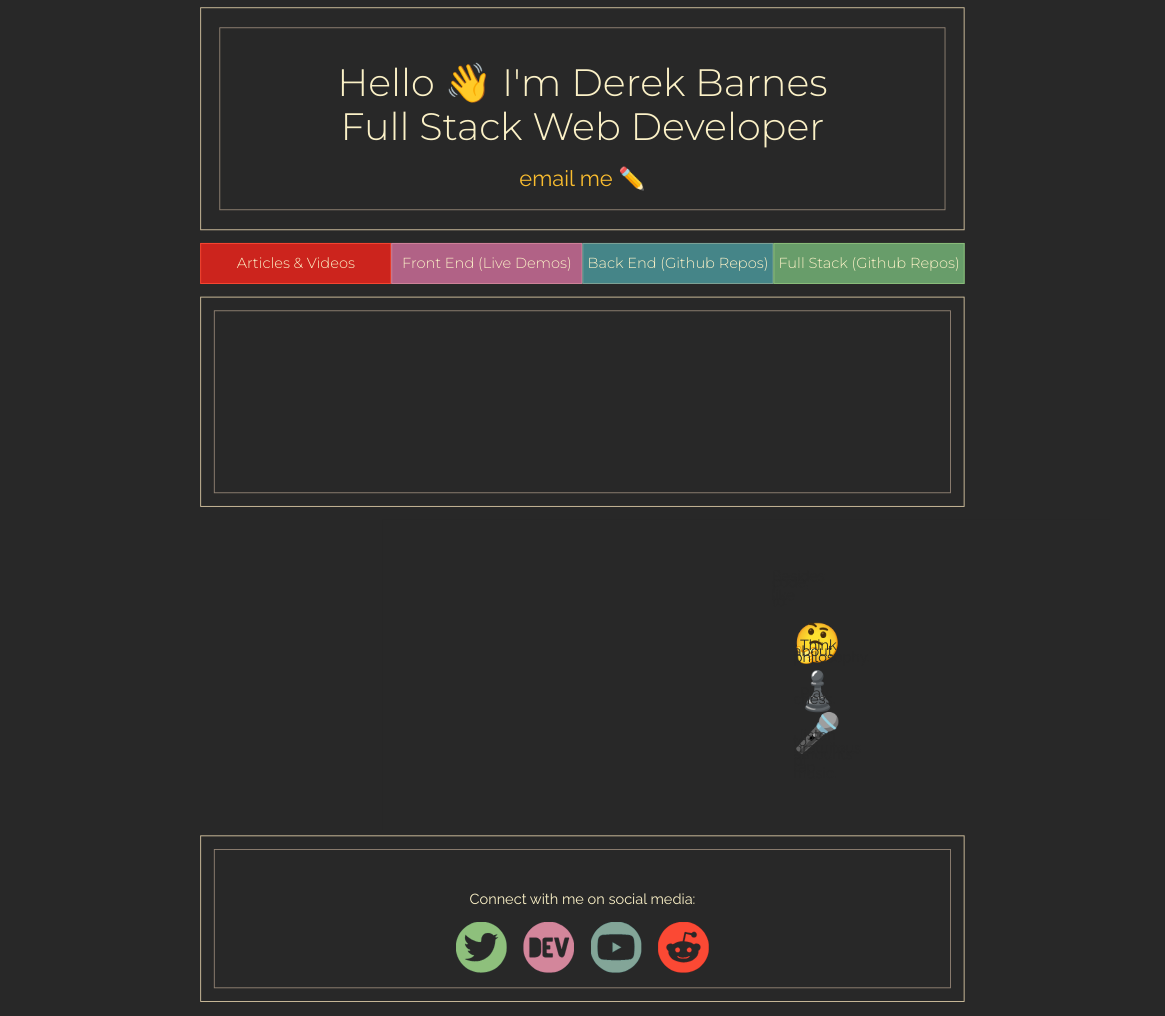
Repository: dsbarnes/groovy-blog
Page: index.html
These files come from the project's save history. The page is drawn as it stood at one moment and after the next save; the edit follows.
The browser window is 1280 px wide. The pictures show the whole page, at 91% of full size.
After loading, the first visible `#articles` was clicked once.
The style sheet was rebuilt from its Sass, Less or Tailwind sources for each picture, by a compiler version that may differ from the author's.

Above is the page before, as saved 2020-05-09 21:26:02.

### index.html
<!DOCTYPE html>
<html lang="en">

<head>
    <meta charset="UTF-8">
    <meta name="viewport" content="width=device-width, initial-scale=1.0">
    <link href="https://fonts.googleapis.com/css2?family=Montserrat:wght@300&display=swap" rel="stylesheet">
    <link href="https://fonts.googleapis.com/css2?family=Raleway&display=swap" rel="stylesheet">

    <title>D.S. Barnes</title>

    <link rel="stylesheet" href="./CSS/style.css">
</head>

<body>
    <div class="container">

        <div id='nameCard'>
            <div id="doubleBorder">
                <p>Hello 👋 I'm Derek Barnes</p>
                <p>Full Stack Web Developer</p>
                <br />
                <small><a href='mailto:derekb0147@gmail.com'>email me ✏️</a></small>
                <br />
            </div>
        </div>

        <div id='selections'>
            <p class='nav' data-color='red' id='articles'>Articles & Videos</p>
            <p class='nav' data-color='purple' id='frontend'>Front End (Live Demos)</p>
            <p class='nav' data-color='blue' id='backend'>Back End (Github Repos)</p>
            <p class='nav' data-color='aqua' id='fullstack'>Full Stack (Github Repos)</p>
        </div>

        <!-- <button id="toggle-button">Toggle collapse</button> -->

        <!-- Section one -->
        <div class="content">
            <div class='double-border'>
                <div id='about-section-text'>
                    <p>As a full stack developer, I don't just write code.</p>
                    <p>I focus on team dynamics, agile work practices, and communications.</p>
                    <br />
                    <p>I can build APIs and maintain databases.</p>
                    <p>Equally, often more importantly, I listen to and understand consumer needs.</p>
                    <br />
                    <p>I specialize in clean, unobtrusive interfaces,</p>
                    <p>using modern technology,</p>
                    <p>to communicate clearly and solve real world problems.</p>
                </div>

                <div id='articles-section-text'></div>
                <div id='frontend-section-text'></div>
                <div id='backend-section-text'></div>
                <div id='fullstack-section-text'></div>

            </div>
        </div>


        <!-- Section two -->
        <div class="hobbies collapsible">
            <div class='double-border collapsible'>

                <p>Besides code, I like to:</p>
                <br />

                <p class='xpad'>
                    <span class='bigEmoji'>🤔</span>
                    <span class='emojiText'>Think about philosophy.</span>
                </p>

                <p class='xpad'>
                    <span class='bigEmoji'>♟️</span>
                    <span class='emojiText'>Play chess.</span>
                </p>

                <p class='xpad'>
                    <span class='bigEmoji'>🎤</span>
                    <span class='emojiText'>listen to gratuitous amounts of rap music.</span>
                </p>


            </div>
        </div>


        <!-- Section three -->
        <div class="social-media">
            <div class="double-border">

                <p>Connect with me on social media:</p>

                <div id='media-icons'>
                    <img src='../SVG/twitterLogo.svg'><a href='#' id='twitter'></a></img>
                    <img src='../SVG/devLogo.svg'><a href='#' id="devto"></a></img>
                    <img src='../SVG/youtubeLogo.svg'><a href='#' id='youtube'></a></img>
                    <img src='../SVG/redditLogo.svg'><a href='#' id='reddit'></a></img>
                </div>

            </div>
        </div>

    </div><!-- container -->

    <script type=module src="index.js"></script>
</body>

</html>

### index.js
import articles from './components/articles.js'
import repos from './components/repos.js'

import articlesData from './siteData/articles.js'
import backendData from './siteData/backEnd.js'
import frontendData from './siteData/frontEnd.js'
import fullstackData from './siteData/fullStack.js'


document.querySelectorAll('.nav')
    .forEach(btn => btn.addEventListener('click', function () {
        console.log(this.dataset.color)

        const aboutText = document.getElementById('about-section-text')
        aboutText.style.display = 'none'

        // Add overflow: scroll
        document.querySelector('.content')
            .classList.add('collapsed')

        // Shrinks and fades out the middle box
        const doubleBorder =
            Array.from(document.querySelectorAll('.double-border'))

        doubleBorder[1].classList.add('collapsed')

        document.querySelector('.hobbies.collapsible')
            .classList.add('collapsed')

        document.querySelector('.social-media')
            .classList.add('collapsed')

    }))

// document.querySelector('#toggle-button')
// .addEventListener('click',
// function () {
//     // Remove the about me section:
//     const aboutText = document.getElementById('about-section-text')
//     aboutText.style.display = 'none'

//     // Add overflow: scroll
//     document.querySelector('.section-one')
//         .classList.toggle('collapsed')

//     // Shrinks and fades out the middle box
//     document.querySelector('.section-two.collapsible')
//         .classList.toggle('collapsed')

//     document.querySelector('.section-three')
//         .classList.toggle('collapsed')

//     // repopulate what was the about section
//     // it is now the section the user clicked
//     repos(backendData)
// });

### components/articles.js
function modules(arr) {
    console.log('modules works')
}

export default modules

### components/repos.js
function repos(arr) {

    const root = document.getElementById('articles-section-text')

    for (const element of arr) {

        const keys = Object.keys(element)

        const container = document.createElement('div')
        const title = document.createElement('h1')
        const repolink = document.createElement('p')
        const demolink = document.createElement('p')
        const description = document.createElement('p')

        title.innerHTML = element['Repo']
        container.appendChild(title)

        repolink.innerHTML = element['RepoLink']
        container.appendChild(repolink)

        demolink.innerHTML = element['DemoLink']
        container.appendChild(demolink)

        description.innerHTML = element['Description']
        container.appendChild(description)


        container.id = 'article'
        root.appendChild(container)

    }
}

export default repos

### siteData/articles.js
const articleData = [
    {
        "Title": "Article Project One",
        "Link": "blah.com",
        "Date": "date-posted",
        "Short": "fjdklsafjdlks;fajsdl;f"
    },
    {
        "Title": "Article Project Two",
        "Link": "blah.com",
        "Date": "date-posted",
        "Short": "fjdklsafjdlks;fajsdl;f"
    },
    {
        "Title": "Article Project Three",
        "Link": "blah.com",
        "Date": "date-posted",
        "Short": "fjdklsafjdlks;fajsdl;f"
    },
    {
        "Title": "Article Project Four",
        "Link": "blah.com",
        "Date": "date-posted",
        "Short": "fjdklsafjdlks;fajsdl;f"
    },
    {
        "Title": "Article Project Five",
        "Link": "blah.com",
        "Date": "date-posted",
        "Short": "fjdklsafjdlks;fajsdl;f"
    }
]

export default articleData

### siteData/backEnd.js
const backendData = [
    {
        "Repo": "Back End Project One",
        "RepoLink": "blah.com",
        "Description": "README.md"
    },
    {
        "Repo": "Back End Project Two",
        "RepoLink": "blah.com",
        "Description": "README.md"
    },
    {
        "Repo": "Back End Project Three",
        "RepoLink": "blah.com",
        "Description": "README.md"
    },
    {
        "Repo": "Back End Project Four",
        "RepoLink": "blah.com",
        "Description": "README.md"
    },
    {
        "Repo": "Back End Project Five",
        "RepoLink": "blah.com",
        "Description": "README.md"
    }
]

export default backendData

### siteData/frontEnd.js
const frontendData = [
    {
        "Repo": "Front End Project One",
        "RepoLink": "blah.com",
        "DemoLink": "demo link",
        "Description": "README.md"
    },
    {
        "Repo": "Front End Project Two",
        "RepoLink": "blah.com",
        "DemoLink": "demo link",
        "Description": "README.md"
    },
    {
        "Repo": "Front End Project Three",
        "RepoLink": "blah.com",
        "DemoLink": "demo link",
        "Description": "README.md"
    },
    {
        "Repo": "Front End Project Four",
        "RepoLink": "blah.com",
        "DemoLink": "demo link",
        "Description": "README.md"
    },
    {
        "Repo": "Front End Project Five",
        "RepoLink": "blah.com",
        "DemoLink": "demo link",
        "Description": "README.md"
    }
]

export default frontendData

### siteData/fullStack.js
const fullstackData = [
    {
        "Repo": "Full Stack Project One",
        "RepoLink": "blah.com",
        "Description": "README.md"
    },
    {
        "Repo": "Full Stack Project Two",
        "RepoLink": "blah.com",
        "Description": "README.md"
    },
    {
        "Repo": "Full Stack Project Three",
        "RepoLink": "blah.com",
        "Description": "README.md"
    },
    {
        "Repo": "Full Stack Project Four",
        "RepoLink": "blah.com",
        "Description": "README.md"
    },
    {
        "Repo": "Full Stack Project Five",
        "RepoLink": "blah.com",
        "Description": "README.md"
    }
]

export default fullstackData

### style.scss
// Main Container:
// Sizings - everything is a multiple of 14!!
$container-width: 840px;
$container-height: 1100px;
$outer-width: $container-width * .8;
$margin-pad-sizing: 14px;


// Gruvbox colors:
$background-color: #282828;
$background-alt-color: #3c3836;
$font-color: #fbf1c7;
$font-alt-color: #ebdbb2;
$outer-border: #d5c4a1;
$inner-border: #928374;
$red-color: #cc241d;
$light-red-color: #fb4934;
$green-color: #98971a;
$light-green-color: #b8bb26;
$yellow-color: #d79921;
$light-yellow-color: #fabd2f;
$blue-color: #458588;
$light-blue-color: #83a598;
$purple-color: #b16286;
$light-purple-color: #d3869b;
$aqua-color: #689d6a;
$light-aqua-color: #8ec07c;


// Font:
$title-font: 'Montserrat', sans-serif;
$body-font: 'Raleway', sans-serif;
$title-font-size: 42px;
$body-font-size: 16px;


//Mixins:
@mixin bg-border($bg-color, $border-color){
  background-color: $bg-color;
  border: 1px solid $border-color;
}
@mixin font-fam-size($fam, $size){
  font-family: $fam;
  font-size: $size;
}
@mixin sectionButton($bg-color, $border-color){
  @include bg-border($bg-color, $border-color);
  @include font-fam-size($title-font, $body-font-size);
  display: inline-block;
  margin: 0 auto;
  //That just looks best as 12, idk.
  padding: 12px 0px;
  text-align: center;
  width: (($container-width / 4));
}

// Keyframes:
@keyframes fade-in{
  from{color: white;}
  to{ color: black;}
}
#article{ animation: fade-in 3s forwards;}


// Overall styling:
* { box-sizing:border-box; }
body{ background-color: $background-color; color: $font-color }

//Everything visible is inside this container:
.container {
  display:flex;
  flex-direction:column;
  justify-content:flex-start;
  width: $container-width;
  margin: 0 auto;
  // we're required to set height explicitly
  height: $container-height;
}


// Name Card
#nameCard{
  border: 1px solid $outer-border;
  padding: $margin-pad-sizing/2;
  text-align: center;
  line-height: $margin-pad-sizing/2;

  small{ @include font-fam-size($body-font, $body-font-size*1.5); }
  a{ text-decoration: none; color: $light-yellow-color }

  #doubleBorder{
      @include bg-border($background-color, $inner-border);
      p{ @include font-fam-size($title-font, $title-font-size);}
      margin: $margin-pad-sizing auto;
      padding: $margin-pad-sizing;
      padding-bottom: $margin-pad-sizing*2;

      // 14px b/c of margin.
      // Why *3? Good question.
      width: ($container-width - 14px*3);
  }
}


// Nav 'buttons'
#selections{
  display: flex;
  justify-content: space-between;
  margin-top: $margin-pad-sizing;
}
#articles{ @include sectionButton($red-color, $light-red-color) }
#frontend{ @include sectionButton($purple-color, $light-purple-color) }
#backend{ @include sectionButton($blue-color, $light-blue-color) }
#fullstack{ @include sectionButton($aqua-color, $light-aqua-color) }

// General double border settings, different from
// name card b/c ...damnit
.double-border{
  border: 1px solid $inner-border;
  // Variables not working in calc()
  // will investigate.
  height: calc(100% - 28px); // $margin-pad-size*2
  width: calc(100% - 28px);  // $margin-pad-size*2
  margin: $margin-pad-sizing auto 0 auto;
  padding: $margin-pad-sizing*2;
}
.double-border.collapsed { border: 0px solid white; }


// This is the section that expands:
.content{
  @include bg-border($background-color, $outer-border);
  @include font-fam-size($body-font, $body-font-size);
  line-height: $margin-pad-sizing/2;
  margin: $margin-pad-sizing 0;
  flex: 3;
  // overflow: hidden;
}
.content.collapsed{
  // overflow: hidden;
  .double-border{ overflow: scroll; }
}


// This section dissapears:
.hobbies {
  // note that we're transitioning flex, not height!
  @include bg-border($background-color, $outer-border);
  @include font-fam-size($body-font, $body-font-size);
  line-height: $margin-pad-sizing/2;
  margin: $margin-pad-sizing/2 0;
  flex: 2;
  .bigEmoji{ font-size: $title-font-size; }
  .xpad{ padding-left: 24px; }
  .emojiText{
      position: relative;
      bottom: $margin-pad-sizing;
      padding-left: $margin-pad-sizing/2;
  }
  // overflow:hidden;
  transition:all 0.4s ease;
  transition-property: flex, border, margin, padding, color;
}
.hobbies.collapsed {
  border: 0px solid $background-color;
  color: $background-color;
  flex: 0;
  // Big numbers to squeze box inward
  // for transition
  margin: 0 200px;
  padding: 0 400px;
}


// This section never changes
.social-media{
  @include bg-border($background-color, $outer-border);
  @include font-fam-size($body-font, $body-font-size);
  text-align: center;
  margin: $margin-pad-sizing/2 0;
  flex: 2;
  transition: all 0.6s ease;
}
.section-three.collapsed{ flex: 1; }


// Social Media Icons:
#media-icons{
  width: $container-width / 2;
  margin: 0 auto;
  text-align: center;
  line-height: $margin-pad-sizing;
  img{ width: $margin-pad-sizing*4; margin: 0 $margin-pad-sizing/2; }
}

After the next save:
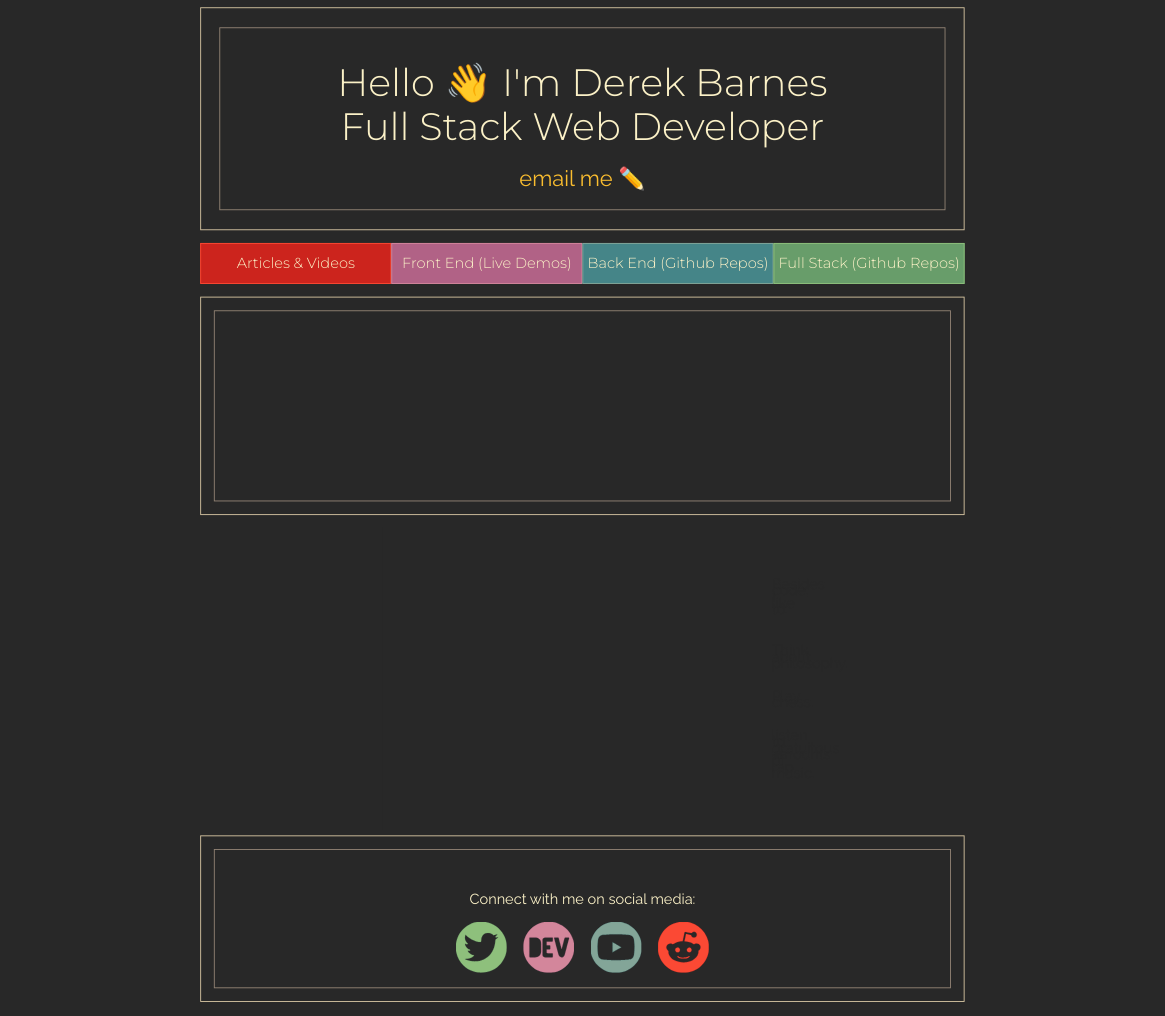
Saved 78 s later.
--- a/style.scss
+++ b/style.scss
@@ -169,6 +169,13 @@
   // for transition
   margin: 0 200px;
   padding: 0 400px;
+  .bigEmoji{ font-size: 0; }
+  .xpad{ padding-left: 0; }
+  .emojiText{
+      // position: relative;
+      // bottom: $margin-pad-sizing;
+      padding-left: 0;
+  }
 }
 
 

After the 6 saves that followed:
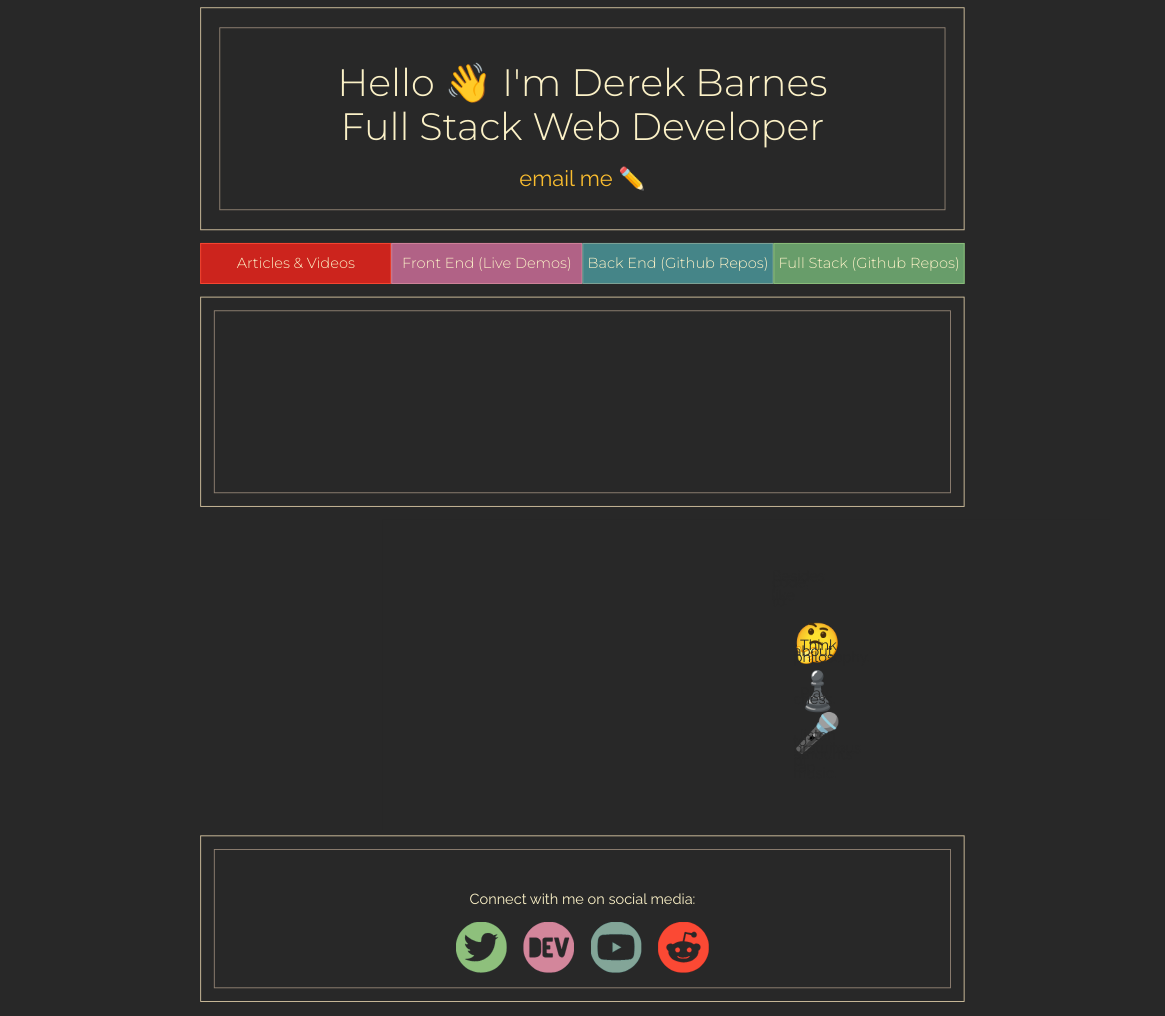
The 6 saves are shown as one change because 4 left the picture as it was and some came seconds apart.
The last was saved 78 s later.
--- a/style.scss
+++ b/style.scss
@@ -159,7 +159,7 @@
   }
   // overflow:hidden;
   transition:all 0.4s ease;
-  transition-property: flex, border, margin, padding, color;
+  // transition-property: flex, border, margin, padding, color;
 }
 .hobbies.collapsed {
   border: 0px solid $background-color;
@@ -169,13 +169,6 @@
   // for transition
   margin: 0 200px;
   padding: 0 400px;
-  .bigEmoji{ font-size: 0; }
-  .xpad{ padding-left: 0; }
-  .emojiText{
-      // position: relative;
-      // bottom: $margin-pad-sizing;
-      padding-left: 0;
-  }
 }
 
 
